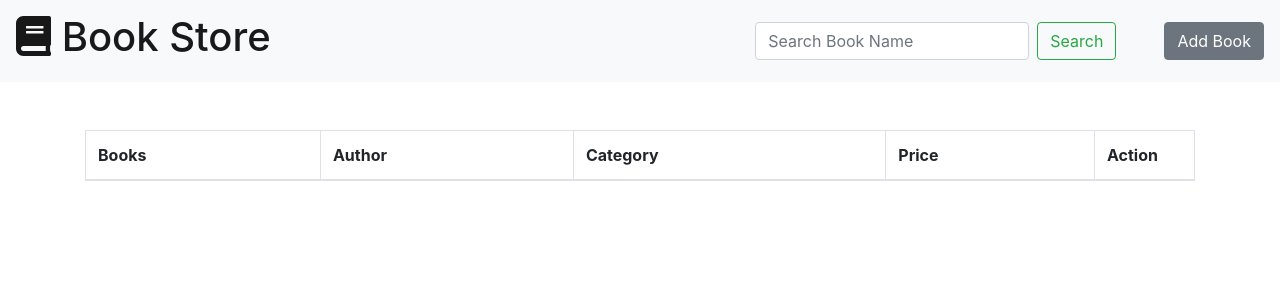
Repository: ankittomer89/react-book-store
Page: / (app in client/)
An editor plug-in stored every save of this project. The page is shown before and after a run of saves, followed by the edit.
The browser window is 1280 px wide. The pictures show the whole page.
The page's requests for data from a server got no answer. The project was rebuilt for these pictures with package versions that can differ from the ones it lists, and the page was loaded fresh each time. No one was signed in, and anything a server would have sent is missing. Also part of the build but not shown: client/src/components/edit.js, client/src/components/add.js.

Above is the page before, as saved 2019-07-21 03:27:52.

### client/src/index.js
import React from 'react';
import ReactDOM from 'react-dom';
import {createStore, applyMiddleware} from 'redux';
import {Provider} from 'react-redux';
import rootReducer from './reducer/index'
import './index.css';
import 'bootstrap/dist/css/bootstrap.min.css';
import App from './App';
import * as serviceWorker from './serviceWorker';
import thunk from 'redux-thunk';

const store = createStore(rootReducer, applyMiddleware(thunk));

ReactDOM.render(
    <Provider store={store}>
    <App />
    </Provider>, document.getElementById('root'));

// If you want your app to work offline and load faster, you can change
// unregister() to register() below. Note this comes with some pitfalls.
// Learn more about service workers: https://bit.ly/CRA-PWA
serviceWorker.unregister();

### client/src/reducer/index.js
const rootReducer = (state = { bookData: [] }, action) => {
  switch (action.type) {
    case 'BOOK_LIST':
      return {
        ...state,
        bookData: action.payload
      };
    case 'ADD_BOOK':
      return {
        ...state,
        getData: [...state.getData, action.payload]
      };
    case 'DELETE_BOOK':
      let updatedList = action.payload.data;
      return {
        ...state,
        bookData: updatedList
      };
    case 'GET_BOOK':
      return {
        ...state,
        bookData: action.payload
      };
    case 'UPDATE_BOOK':
      return {};
    default:
      return state;
  }
};

export default rootReducer;

### client/src/index.css
body {
  margin: 0;
  font-family: -apple-system, BlinkMacSystemFont, 'Segoe UI', 'Roboto', 'Oxygen',
    'Ubuntu', 'Cantarell', 'Fira Sans', 'Droid Sans', 'Helvetica Neue',
    sans-serif;
  -webkit-font-smoothing: antialiased;
  -moz-osx-font-smoothing: grayscale;
}

code {
  font-family: source-code-pro, Menlo, Monaco, Consolas, 'Courier New',
    monospace;
}

.table > tbody > tr > td,
.table > tfoot > tr > td {
  vertical-align: middle;
}
@media screen and (max-width: 600px) {
  table#cart tbody td .form-control {
    width: 20%;
    display: inline !important;
  }
  .actions .btn {
    width: 36%;
    margin: 1.5em 0;
  }

  .actions .btn-info {
    float: left;
  }
  .actions .btn-danger {
    float: right;
  }

  table#cart thead {
    display: none;
  }
  table#cart tbody td {
    display: block;
    padding: 0.6rem;
    min-width: 320px;
  }
  table#cart tbody tr td:first-child {
    background: #333;
    color: #fff;
  }
  table#cart tbody td:before {
    content: attr(data-th);
    font-weight: bold;
    display: inline-block;
    width: 8rem;
  }

  table#cart tfoot td {
    display: block;
  }
  table#cart tfoot td .btn {
    display: block;
  }
}

body {
  margin: 0;
  padding: 0;
  font-family: sans-serif;
}
.formBox {
  padding: 50px;
}
.formBox h1 {
  margin: 0;
  padding: 0;
  text-align: center;
  margin-bottom: 50px;
  text-transform: uppercase;
  font-size: 48px;
}
.inputBox {
  position: relative;
  box-sizing: border-box;
  margin-bottom: 50px;
}
.inputBox .inputText {
  position: absolute;
  font-size: 24px;
  line-height: 50px;
  transition: 0.5s;
  opacity: 0.5;
}
.inputBox .input {
  position: relative;
  width: 100%;
  height: 50px;
  background: transparent;
  border: none;
  outline: none;
  font-size: 24px;
  border-bottom: 1px solid rgba(0, 0, 0, 0.5);
}
.focus .inputText {
  transform: translateY(-30px);
  font-size: 18px;
  opacity: 1;
  color: #00bcd4;
}
textarea {
  height: 100px !important;
}
.button {
  width: 100%;
  height: 50px;
  border: none;
  outline: none;
  background: #03a9f4;
  color: #fff;
}

### client/src/App.js
import React from 'react';
import { BrowserRouter as Router, Route } from 'react-router-dom';
import Header from "./components/header";
import List from './components/list';
import Edit from './components/edit';
import Add from './components/add';

const App = () => {
  return (
    <Router>
      <div className="App">
      <Header />
        <Route path="/" exact component={List} />
        <Route path="/list" exact component={List} />
        <Route path="/edit/:_id" exact component={Edit} />
        <Route path="/add" exact component={Add} />
      </div>
    </Router>
  );
};

export default App;

### client/src/components/header.js
import React, { Component } from 'react';
import { compose } from 'redux';
import { connect } from 'react-redux';
import { FontAwesomeIcon } from '@fortawesome/react-fontawesome';
import { faBook } from '@fortawesome/free-solid-svg-icons';
import { Link, withRouter } from 'react-router-dom';
import { searchBooksAction } from '../action/index';

class Header extends Component {
  constructor(props) {
    super(props);
    this.state = {
      itemVal: '',
    };
  }

  handleSearchChange = event => {
    const { name, value } = event.target;
    this.setState({ [name]: value });
  };

  handleSearch = event => {
    event.preventDefault();
    this.props.searchData(this.state);
  };

  render() {
    const {itemVal } = this.state;
    const { location } = this.props
    return (
      <nav className="navbar navbar-light bg-light">
        <Link to="/">
          <span className="navbar-brand mb-0 h3 text-center">
            <h1>
              <FontAwesomeIcon icon={faBook} /> Book Store
              </h1>
          </span>
        </Link>
        <form onSubmit={this.handleSearch} className="form-inline">
          <input
            className="form-control mr-sm-2"
            type="search"
            name="itemVal"
            placeholder="Search Book Name"
            aria-label="Search"
            onChange={this.handleSearchChange}
          />
          <button className="btn btn-outline-success my-2 my-sm-0" type="submit">
            Search
            </button>
          {location.pathname === '/add' ?
            <Link to="/" className="btn btn-secondary ml-5">
              Book List
              </Link>
            : <div>
              {location.pathname === '/' ?
                <Link to="/add" className="btn ml-5 btn-secondary">
                  Add Book
              </Link> :
                <div>
                  <Link to="/" className="btn btn-secondary ml-5">
                    Book List
              </Link>
                  <Link to="/add" className="btn ml-5 btn-secondary">
                    Add Book
              </Link>
                </div>}
            </div>
          }
        </form>
      </nav>
    );
  }
}



// const Header = ({ location }) => {
//   return (
//     <nav className="navbar navbar-light bg-light">
//       <Link to="/">
//         <span className="navbar-brand mb-0 h3 text-center">
//           <h1>
//             <FontAwesomeIcon icon={faBook} /> Book Store
//           </h1>
//         </span>
//       </Link>
//       <form onSubmit={this.handleaddBookData} className="form-inline">
//         <input
//           className="form-control mr-sm-2"
//           type="search"
//           placeholder="Search Book Name"
//           aria-label="Search"
//           name="itemVal"
//         />
//         <button className="btn btn-outline-success my-2 my-sm-0" type="submit">
//           Search
//         </button>
//         {location.pathname === '/add' ?
//           <Link to="/" className="btn btn-secondary ml-5">
//             Book List
//           </Link>
//         : <div>
//             {location.pathname === '/' ?
//               <Link to="/add" className="btn ml-5 btn-secondary">
//                 Add Book
//           </Link> :
//               <div>
//                 <Link to="/" className="btn btn-secondary ml-5">
//                   Book List
//           </Link>
//                 <Link to="/add" className="btn ml-5 btn-secondary">
//                   Add Book
//           </Link>
//               </div>}
//           </div>
//         }
//       </form>
//     </nav>
//   );
// };

//export default withRouter(Header);
const mapDispatchToProps = {
  searchData: searchBooksAction
};

// export default connect(
//   null,
//   mapDispatchToProps
// )(Header);
export default compose( withRouter, connect(null, mapDispatchToProps) )(Header);

### client/src/components/list.js
import React, { useEffect } from 'react';
import { FontAwesomeIcon } from '@fortawesome/react-fontawesome';
import { faTrash, faEdit } from '@fortawesome/free-solid-svg-icons';
import { Link } from 'react-router-dom';
import { connect } from 'react-redux';
import { listBooksAction, deleteBooksAction } from '../action/index';

const List = ({ bookList, listBooks, deleteBooks }) => {
  useEffect(() => {
    listBooks();
  });
  return (
    <div className="container">
      <table id="cart" className="table table-striped table-bordered mt-5 table-hover table-small">
        <thead>
          <tr>
            <th>Books</th>
            <th>Author</th>
            <th>Category</th>
            <th>Price</th>
            <th width="100">Action</th>
          </tr>
        </thead>
        <tbody>
          {bookList.map(book => {
            return (
              <tr key={book._id}>
                <td data-th="Product">
                  <div className="row">
                    <div className="col-sm-10">
                      <h4 className="nomargin"> {book.bookName}</h4>
                      <p>{book.description}</p>
                    </div>
                  </div>
                </td>
                <td data-th="Price">{book.bookAuthor}</td>
                <td data-th="Price">{book.category}</td>
                <td data-th="Price">{book.price} &#x20b9;</td>
                <td className="actions" data-th="">
                  <Link
                    to={`/edit/${book._id}`}
                    className="btn btn-primary btn-sm"
                  >
                    <FontAwesomeIcon icon={faEdit} />
                  </Link>
                  <button
                    className="btn btn-danger btn-sm ml-1"
                    onClick={() => deleteBooks(book._id)}
                  >
                    <FontAwesomeIcon icon={faTrash} />
                  </button>
                </td>
              </tr>
            );
          })}
        </tbody>
      </table>
    </div>
  );
};

const mapStateToProps = ({ bookData }) => ({
  bookList: bookData
});

const mapDispatchToProps = {
  listBooks: listBooksAction,
  deleteBooks: deleteBooksAction
};

export default connect(
  mapStateToProps,
  mapDispatchToProps
)(List);

### client/src/action/index.js
import axios from 'axios';

export function listBooksAction() {
  return async dispatch => {
    const response = await axios.get('/books');
    if (response.status === 200) {
      dispatch({ type: 'BOOK_LIST', payload: response.data });
    } else {
      dispatch({ type: 'ERROR_LIST', payload: '' });
    }
  };
}

export function searchBooksAction(itemVal) {
  return async dispatch => {
    console.log('---->',itemVal.itemVal)
    const response = await axios.get('/books/search/:itemVal',itemVal);
    console.log('------------------>',response)
    if (response.status === 200) {
      dispatch({ type: 'BOOK_LIST', payload: response.data });
    } else {
      dispatch({ type: 'ERROR_LIST', payload: '' });
    }
  };
}

export function addBooksAction(book, history) {
  return async dispatch => {
    await axios
      .post('/books/add', book)
      .then(function() {
        dispatch(listBooksAction());
        history.push('/')
      })
      .catch(function(error) {
        console.log('error', error);
        dispatch({
          type: 'ADD_BOOK_REJECTED',
          payload: error
        });
      });
  };
}

export function deleteBooksAction(bookId) {
  return dispatch => {
    axios
      .delete('/books/delete/' + bookId)
      .then(function() {
        dispatch(listBooksAction());
      })
      .catch(function(error) {
        dispatch({
          type: 'DELETE_BOOK_REJECTED',
          payload: error
        });
      });
  };
}

export function getThisBookAction(bookId) {
  return async dispatch => {
    await axios
      .get(`/books/viewbook/${bookId}`)
      .then(function(response) {
        dispatch({
          type: 'GET_BOOK',
          payload: response.data
        });
      })
      .catch(function(error) {
        dispatch({
          type: 'GET_BOOK_REJECTED',
          payload: error
        });
      });
  };
}

export function editThisBookDataAction({_id, ...bookData}, history) {
  return dispatch => {
    axios
      .put('/books/update/' + _id, bookData)
      .then(function(response) {
        console.log('API RESPONSE' + response);
        dispatch(listBooksAction())
        history.push('/')
      })
      .catch(function(error) {
        console.log('error', error);
        dispatch({
          type: 'UPDATE_BOOK_REJECTED',
          payload: error
        });
      });
  };
}

Loaded but not shown: client/public/index.html (common file); client/src/serviceWorker.js (common file)

After the next 6 saves:
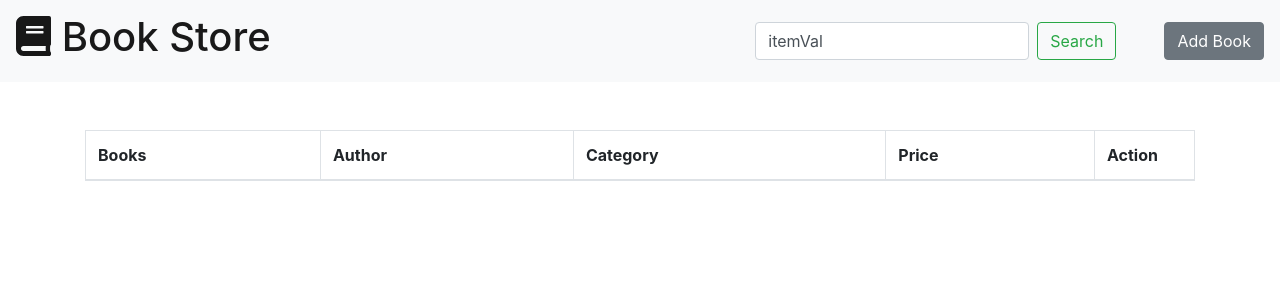
The 6 saves are shown as one change because they came seconds apart.
The last was saved 17 s later.
--- a/client/src/components/header.js
+++ b/client/src/components/header.js
@@ -44,6 +44,7 @@
             placeholder="Search Book Name"
             aria-label="Search"
             onChange={this.handleSearchChange}
+            value="itemVal"
           />
           <button className="btn btn-outline-success my-2 my-sm-0" type="submit">
             Search

After the 4 saves that followed:
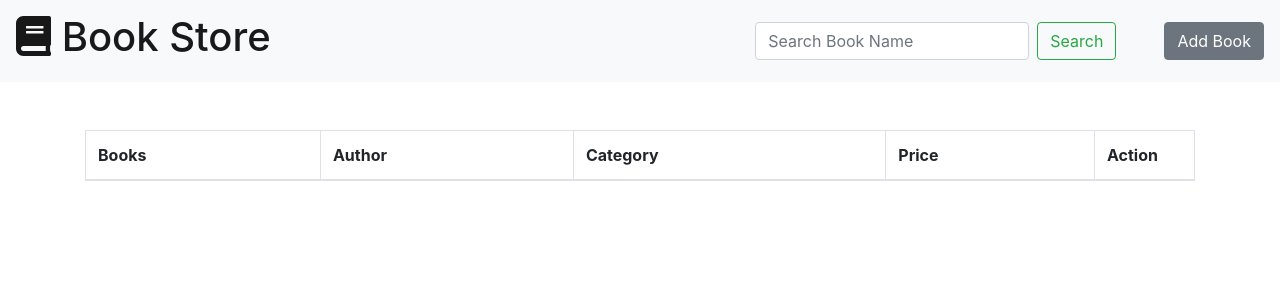
The 4 saves are shown as one change because they came seconds apart.
The last was saved 16 s later.
--- a/client/src/components/header.js
+++ b/client/src/components/header.js
@@ -44,7 +44,7 @@
             placeholder="Search Book Name"
             aria-label="Search"
             onChange={this.handleSearchChange}
-            value="itemVal"
+            value={itemVal}
           />
           <button className="btn btn-outline-success my-2 my-sm-0" type="submit">
             Search
